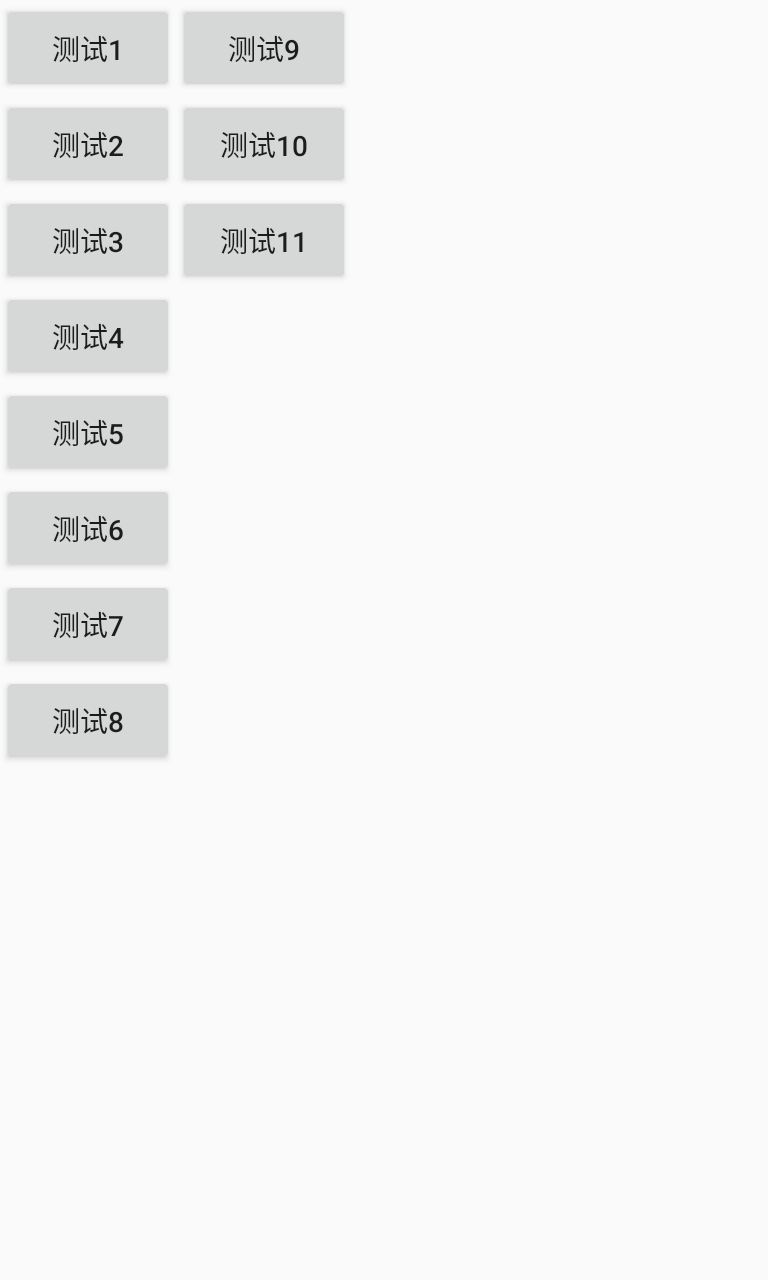
Repository: A207/guanjingjing
Layout: day4/LayoutApp/res/layout/ActivityGridLayout.xml
The author's editor kept a copy of each file at every save. The layout is drawn from the files as they stood at one save, then again after the next save.
It is drawn on a 768 x 1280 px phone screen (xhdpi) without system bars, with theme AppTheme; the app's code is not run.

Above is the layout before, as saved 2015-07-09 11:18:05.

### day4/LayoutApp/res/layout/ActivityGridLayout.xml
<?xml version="1.0" encoding="UTF-8"?>
<GridLayout xmlns:android="http://schemas.android.com/apk/res/android"
    xmlns:tools="http://schemas.android.com/tools"
    android:layout_width="match_parent"
    android:layout_height="match_parent"
    android:orientation="vertical"
    android:rowCount="8"
    tools:ignore="NewApi" >

    <!-- android:columnCount="3" -->

    <Button
        android:layout_width="wrap_content"
        android:layout_height="wrap_content"
        android:text="测试1" >
    </Button>

    <Button
        android:layout_width="wrap_content"
        android:layout_height="wrap_content"
        android:text="测试2" >
    </Button>

    <Button
        android:layout_width="wrap_content"
        android:layout_height="wrap_content"
        android:text="测试3" >
    </Button>

    <Button
        android:layout_width="wrap_content"
        android:layout_height="wrap_content"
        android:text="测试4" >
    </Button>

    <Button
        android:layout_width="wrap_content"
        android:layout_height="wrap_content"
        android:text="测试5" >
    </Button>

    <Button
        android:layout_width="wrap_content"
        android:layout_height="wrap_content"
        android:text="测试6" >
    </Button>

    <Button
        android:layout_width="wrap_content"
        android:layout_height="wrap_content"
        android:text="测试7" >
    </Button>

    <Button
        android:layout_width="wrap_content"
        android:layout_height="wrap_content"
        android:text="测试8" >
    </Button>

    <Button
        android:layout_width="wrap_content"
        android:layout_height="wrap_content"
        android:text="测试9" >
    </Button>

    <Button
        android:layout_width="wrap_content"
        android:layout_height="wrap_content"
        android:text="测试10" >
    </Button>

    <Button
        android:layout_width="wrap_content"
        android:layout_height="wrap_content"
        android:text="测试11" >
    </Button>

</GridLayout>

Loaded but not shown: day4/LayoutApp/res/values/styles.xml (common file); day4/LayoutApp/res/values-v11/styles.xml (common file); day4/LayoutApp/res/values-v14/styles.xml (common file)

After the next save:
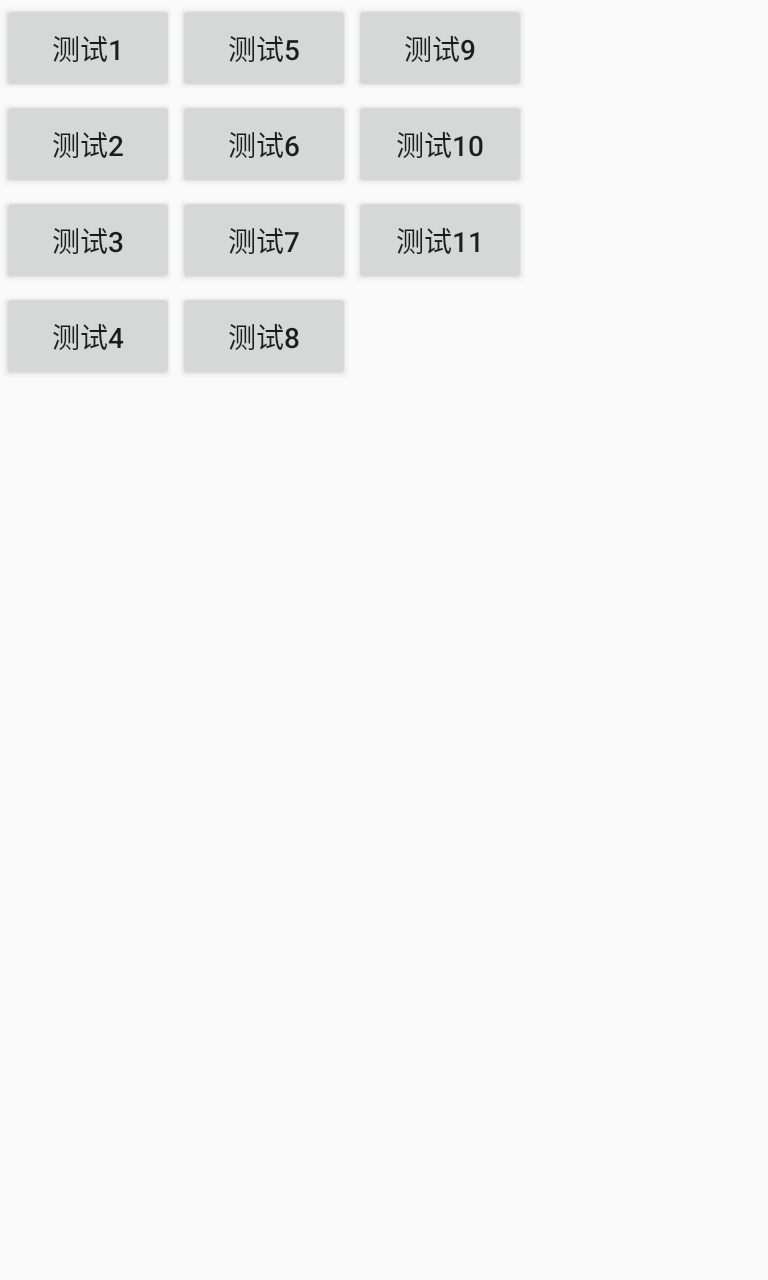
Saved 48 s later.
--- a/day4/LayoutApp/res/layout/ActivityGridLayout.xml
+++ b/day4/LayoutApp/res/layout/ActivityGridLayout.xml
@@ -4,7 +4,7 @@
     android:layout_width="match_parent"
     android:layout_height="match_parent"
     android:orientation="vertical"
-    android:rowCount="8"
+    android:rowCount="4"
     tools:ignore="NewApi" >
 
     <!-- android:columnCount="3" -->
